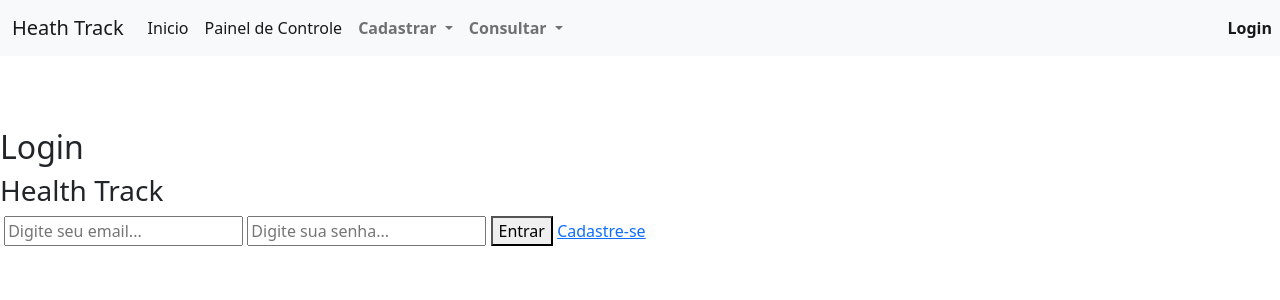
Repository: FellipySantos/HealthTrack_Finalizado
Page: http://localhost/JSPs/login.jsp
These files come from the project's save history. The page is drawn as it stood at one moment and after the next save; the edit follows.
The browser window is 1280 px wide. The pictures show the whole page.
The page is served by Tomcat 9. Other server files are loaded and not shown.

Above is the page before, as saved 2021-11-22 09:42:09.

### JSP/JSPs/WebContent/login.jsp
<%@ page language="java" contentType="text/html; charset=ISO-8859-1"
    pageEncoding="ISO-8859-1"%>
<!DOCTYPE html PUBLIC "-//W3C//DTD HTML 4.01 Transitional//EN" "http://www.w3.org/TR/html4/loose.dtd">
<html>
<head>
<meta http-equiv="Content-Type" content="text/html; charset=ISO-8859-1">
<title>Health Track</title>
<%@ include file="header.jsp" %>
</head>
<body>
<%@ include file="menu.jsp" %>

<br><br><br>



<body>
    <div>
         <h2>Login</h2>
        <form id="formLogin" method="Post" action="../../Login">
            <h3>Health Track</h3>
            <label id="msg"></label>
            <input type="email" name="email" id="email" placeholder="Digite seu email..." required>
            <input type="password" name="senha" id="senha" placeholder="Digite sua senha..." required>
            <button type="submit">Entrar</button>
            <a href="cadastro-atleta.jsp" >Cadastre-se</a>
        </form>
    </div>
</body>



<%@ include file="footer.jsp" %>
</body>
</html>

### JSP/JSPs/WebContent/header.jsp
<%@ page language="java" contentType="text/html; charset=ISO-8859-1"
    pageEncoding="ISO-8859-1"%>
<!DOCTYPE html>
<html>
<head>
<meta charset="ISO-8859-1">

<link rel="stylesheet" type="text/css" href="resources/css/bootstrap.css">
<link rel="stylesheet" type="text/css" href="resources/css/bootstrap-grid.css">
<link rel="stylesheet" type="text/css" href="resources/css/bootstrap-reboot.css">

<script type="text/javascript" src="resources/js/jquery-3.6.0.min.js"></script>
<script type="text/javascript" src="resources/js/popper.min.js"></script>
<script type="text/javascript" src="resources/js/bootstrap.min.js"></script>
<script type="text/javascript" src="resources/js/bootstrap.min.js"></script>

<script src="https://stackpath.bootstrapcdn.com/bootstrap/4.3.1/js/bootstrap.min.js" integrity="sha384-JjSmVgyd0p3pXB1rRibZUAYoIIy6OrQ6VrjIEaFf/nJGzIxFDsf4x0xIM+B07jRM" crossorigin="anonymous"></script>


</head>






<body>



</body>



</html>

### JSP/JSPs/WebContent/menu.jsp

   <nav class="navbar navbar-expand-lg navbar-light bg-light">
        <div class="container-fluid">
          <a class="navbar-brand" href="index.jsp">Heath Track</a>
          <button class="navbar-toggler" type="button" data-bs-toggle="collapse" data-bs-target="#navbarSupportedContent" aria-controls="navbarSupportedContent" aria-expanded="false" aria-label="Toggle navigation">
            <span class="navbar-toggler-icon"></span>
          </button>
          <div class="collapse navbar-collapse" id="navbarSupportedContent">
            <ul class="navbar-nav me-auto mb-2 mb-lg-0">
              <li class="nav-item">
                <a class="nav-link active" aria-current="page" href="index.jsp">Inicio</a>
              </li>
              <li class="nav-item">
                <a class="nav-link active" aria-current="page" href="painel.jsp">Painel de Controle</a>
              </li>
              <li class="nav-item dropdown">
                <a class="nav-link dropdown-toggle" href="#" id="navbarDropdown" role="button" data-bs-toggle="dropdown" aria-expanded="false">
                  <b>Cadastrar</b>
                </a>
                <ul class="dropdown-menu" aria-labelledby="navbarDropdown">
                  <li><a class="dropdown-item" href="cadastro-dieta.jsp">Dieta</a></li>
                  <li><a class="dropdown-item" href="cadastro-pressao.jsp">Pressão</a></li>
                  <li><a class="dropdown-item" href="cadastro-treino.jsp">Treino</a></li>
                  <li><a class="dropdown-item" href="cadastro-imc.jsp">Imc</a></li>
                   <li><hr class="dropdown-divider"></li>
                  <li><a class="dropdown-item" href="cadastro-atleta.jsp">Atleta</a></li>
                  <li><a class="dropdown-item" href="cadastro-nutri.jsp">Nutricionista</a></li>
                  <li><a class="dropdown-item" href="cadastro-treinador.jsp">Treinador</a></li>
                </ul>
              </li>

                 <li class="nav-item dropdown">
                <a class="nav-link dropdown-toggle" href="#" id="navbarDropdown" role="button" data-bs-toggle="dropdown" aria-expanded="false">
                  <b>Consultar</b>
                </a>
                <ul class="dropdown-menu" aria-labelledby="navbarDropdown">
                  <li><a class="dropdown-item" href="dieta?acao=listar">Dieta</a></li>
                  <li><a class="dropdown-item" href="pressao?acao=listar">Pressão</a></li>
                  <li><a class="dropdown-item" href="treino?acao=listar">Treino</a></li>
                  <li><a class="dropdown-item" href="imc?acao=listar">Imc</a></li>
                  <li><hr class="dropdown-divider"></li>
                  <li><a class="dropdown-item" href="atleta?acao=listar">Atleta</a></li>
                  <li><a class="dropdown-item" href="nutri?acao=listar">Nutricionista</a></li>
                  <li><a class="dropdown-item" href="treinador?acao=listar">Treinador</a></li>
                </ul>
              </li>


            </ul>

          </div>

        </div>
        <div class="collapse navbar-collapse" id="navbarSupportedContent">
          <ul class="navbar-nav me-auto mb-2 mb-lg-0">
            <li class="nav-item">
              <b><a class="nav-link active" aria-current="page" href="login.jsp">Login</a></b>
            </li>
            </ul>
            </div>



      </nav>

### JSP/JSPs/WebContent/footer.jsp
<%@ page language="java" contentType="text/html; charset=ISO-8859-1"
    pageEncoding="ISO-8859-1"%>
<!DOCTYPE html>
<html>
<head>
<meta charset="ISO-8859-1">

<script type="text/javascript" src="resources/js/jquery-3.6.0.min.js"></script>
<script type="text/javascript" src="resources/js/bootstrap.min.js"></script>

</head>





<body>


</body>
</html>

Loaded but not shown: JSP/JSPs/WebContent/resources/css/bootstrap.css (library); JSP/JSPs/WebContent/resources/css/bootstrap-grid.css (library); JSP/JSPs/WebContent/resources/css/bootstrap-reboot.css (library); JSP/JSPs/WebContent/resources/js/jquery-3.6.0.min.js (library); JSP/JSPs/WebContent/resources/js/popper.min.js (library); JSP/JSPs/WebContent/resources/js/bootstrap.min.js (library)

After the next save:
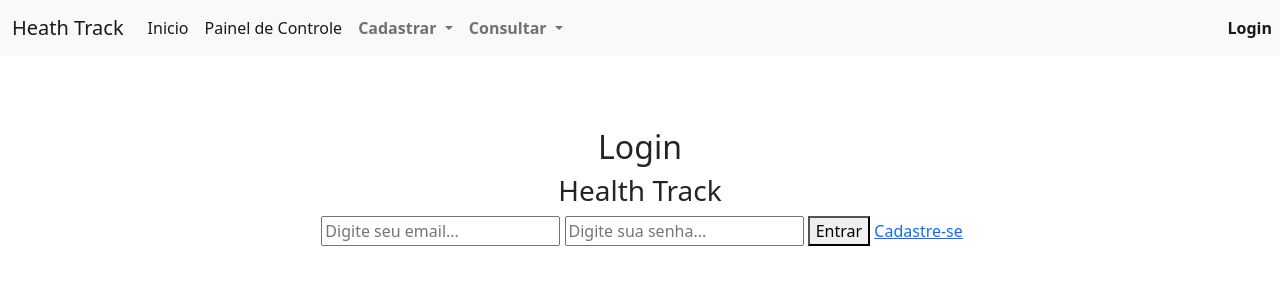
Saved 34 s later.
--- a/JSP/JSPs/WebContent/login.jsp
+++ b/JSP/JSPs/WebContent/login.jsp
@@ -14,7 +14,7 @@
 
 
 
-<body>
+<center><body>
     <div>
          <h2>Login</h2>
         <form id="formLogin" method="Post" action="../../Login">
@@ -26,6 +26,8 @@
             <a href="cadastro-atleta.jsp" >Cadastre-se</a>
         </form>
     </div>
+
+    </center>
 </body>
 
 
